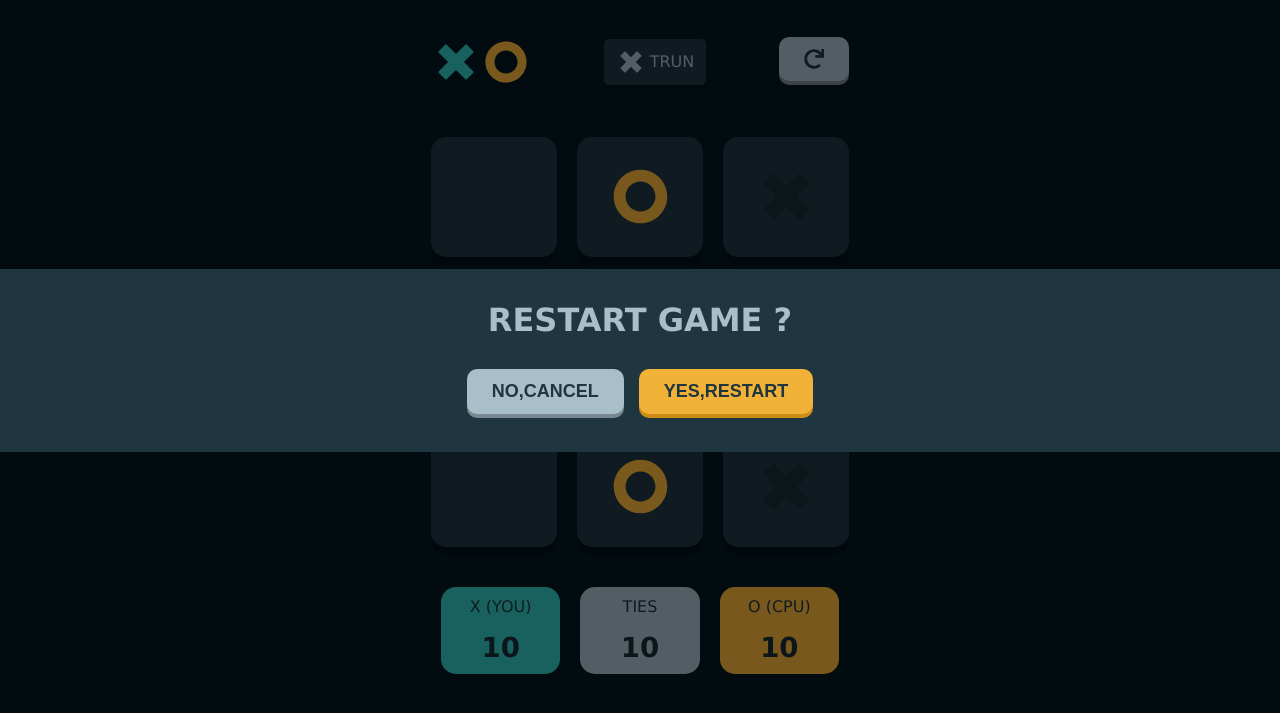
Repository: SD-Mdouka/XO_GAME
Page: /
These files come from the project's save history. The page is drawn as it stood at one moment and after the next save; the edit follows.
The browser window is 1280 px wide. The pictures show the whole page.
The project was rebuilt for these pictures with package versions that can differ from the ones it lists, and the page was loaded fresh each time. Also part of the build but not shown: src/component/modal/Win.js, src/component/start/Start.js.

Above is the page before, as saved 2022-08-30 10:22:14.

### src/index.js
import React from "react";
import ReactDOM from "react-dom/client";
import "./index.css";
import App from "./App";
import { ModalState } from "./component/context/ModalContext";

const root = ReactDOM.createRoot(document.getElementById("root"));
root.render(
  <React.StrictMode>
    <ModalState>
      <App />
    </ModalState>
  </React.StrictMode>
);

### src/index.css
* {
    padding: 0;
    margin: 0;
    box-sizing: border-box;
}

:root {
    --color-bg-dark: #192a33;
    --color-bg-light: #1f3640;
    --color-gray: #a8bec9;
    --color-gray-dark: #7a8991;
    --color-yellow: #f2b238;
    --color-yellow-dark: #cd8d16;
    --color-blue: #30c4be;
    --color-blue-dark: #128c89;
    --shadow-y: 6px;
}

html {
    font-family: "Lucida Sans", "Lucida Sans Regular", "Lucida Grande", "Lucida Sans Unicode", Geneva, Verdana, sans-serif;
    text-transform: uppercase;
    font-size: 16px;
}

body {
    background-color: var(--color-bg-dark);
    color: var(--color-gray);
}

.App {
    background-color: #021620;
    min-height: 100vh;
    display: flex;
    align-items: center;
    justify-content: center;
}

.container {
    max-width: 450px;
    width: 100%;
    margin-inline: auto;
    padding: 2rem 1rem;
}


/*utilites*/

.card {
    padding: 25px;
    display: flex;
    flex-direction: column;
    gap: 25px;
    border-radius: 15px;
    background-color: var(--color-bg-light);
    -webkit-border-radius: 15px;
    -moz-border-radius: 15px;
    -ms-border-radius: 15px;
    -o-border-radius: 15px;
    text-align: center;
}

.text-lg {
    font-size: 1.25rem;
}

.text-xl {
    font-size: 1.5rem;
}

.text-2xl {
    font-size: 1.725rem;
}

.text-light {
    color: var(--color-gray);
}

.text-blue {
    color: var(--color-blue);
}

.text-yellow {
    color: var(--color-yellow);
}

.bg-blue {
    background-color: var(--color-blue);
    color: var(--color-bg-dark);
}

.bg-yellow {
    background-color: var(--color-yellow);
    color: var(--color-bg-dark);
}

.bg-light {
    background-color: var(--color-gray);
    color: var(--color-bg-dark);
}

.bg-blue.text-light,
.bg-blue .text-light,
.bg-yellow.text-light,
.bg-yellow .text-light,
.bg-light .text-light,
.bg-light.text-light {
    color: var(--color-bg-light);
}

.btn {
    background-color: var(--color-gray);
    border: none;
    font-size: 1.125rem;
    font-weight: bold;
    padding: 12px 25px;
    text-transform: uppercase;
    cursor: pointer;
    border-radius: 10px;
    -webkit-border-radius: 10px;
    -moz-border-radius: 10px;
    -ms-border-radius: 10px;
    -o-border-radius: 10px;
    color: var(--color-bg-light);
    display: inline-block;
    box-shadow: 0 var(--shadow-y) 0 var(--color-gray-dark);
    margin-bottom: 6px;
    transition: all 0.2s;
    -webkit-transition: all 0.2s;
    -moz-transition: all 0.2s;
    -ms-transition: all 0.2s;
    -o-transition: all 0.2s;
}

.btn:hover {
    --shadow-y: 8px;
    transform: translateY(-2px);
    -webkit-transform: translateY(-2px);
    -moz-transform: translateY(-2px);
    -ms-transform: translateY(-2px);
    -o-transform: translateY(-2px);
}

.btn:active {
    --shadow-y: 4px;
    transform: translateY(2px);
    -webkit-transform: translateY(2px);
    -moz-transform: translateY(2px);
    -ms-transform: translateY(2px);
    -o-transform: translateY(2px);
}

.btn-yellow {
    background-color: var(--color-yellow);
    box-shadow: 0 var(--shadow-y) 0 var(--color-yellow-dark);
}

.btn-blue {
    background-color: var(--color-blue);
    box-shadow: 0 var(--shadow-y) 0 var(--color-blue-dark);
}

.btn-sm {
    --shadow-y: 4px;
}

.btn-sm:hover {
    --shadow-y: 6px;
}

.btn-sm:active {
    --shadow-y: 3px;
}

.shadow-gray {
    box-shadow: 0 8px 0 rgba(0, 0, 0, 0.2);
}

.shadow-blue {
    box-shadow: 0 8px 0 var(--color-blue-dark);
}

.shadow-yellow {
    box-shadow: 0 8px 0 var(--color-yellow-dark);
}


/* icons */

.icon {
    display: inline-block;
}

.icon svg {
    fill: var(--color-gray);
    height: 50px;
    width: 50px;
    vertical-align: middle;
}

.icon-sm svg {
    height: 30px;
    width: 30px;
}

.icon-lg svg {
    height: 65px;
    width: 65px;
}

.icon-yellow svg {
    fill: var(--color-yellow);
}

.icon-blue svg {
    fill: var(--color-blue);
}

.icon-dark svg {
    fill: var(--color-bg-dark);
}


/* Sarte */

.start {
    display: flex;
    flex-direction: column;
    gap: 25px;
}

.start__header {
    display: flex;
    align-items: center;
    justify-content: center;
}

.start__players {
    background-color: var(--color-bg-dark);
    padding: 10px;
    border-radius: 15px;
    -webkit-border-radius: 15px;
    -moz-border-radius: 15px;
    -ms-border-radius: 15px;
    -o-border-radius: 15px;
    display: flex;
    align-items: center;
    box-shadow: inset 0 0 8px rgba(0, 0, 0, 0.2);
}

.start__players span {
    width: 50%;
    display: flex;
    align-items: center;
    justify-content: center;
    padding: 15px 10px;
    border-radius: 10px;
    -webkit-border-radius: 10px;
    -moz-border-radius: 10px;
    -ms-border-radius: 10px;
    -o-border-radius: 10px;
    cursor: pointer;
}

.start__players--active {
    background-color: var(--color-gray);
    box-shadow: 0 0 8px rgba(255, 255, 255, 0.2);
}

.start__btns {
    display: flex;
    flex-direction: column;
    gap: 12px;
}


/* board */

.board__header {
    display: flex;
    justify-content: space-between;
    align-items: center;
    margin-bottom: 50px;
}

.board__turn {
    border-radius: 5px;
    background-color: var(--color-bg-light);
    -webkit-border-radius: 5px;
    -moz-border-radius: 5px;
    -ms-border-radius: 5px;
    -o-border-radius: 5px;
    padding: 8px 12px;
    align-items: center;
    display: flex;
    gap: 4px;
    box-shadow: 0 4px 0 rgba(0, 0, 0, 0.2);
}

.board__restart svg {
    height: 20px;
    display: flex;
    align-items: center;
    transform-origin: center;
    transition: all 0.3s;
    -webkit-transition: all 0.3s;
    -moz-transition: all 0.3s;
    -ms-transition: all 0.3s;
    -o-transition: all 0.3s;
}

.board__restart:active svg {
    transform: rotate(180deg);
    -webkit-transform: rotate(180deg);
    -moz-transform: rotate(180deg);
    -ms-transform: rotate(180deg);
    -o-transform: rotate(180deg);
}

.board__body {
    display: grid;
    grid-template-columns: repeat(3, 1fr);
    gap: 25px 20px;
}

.board__body .card {
    height: 120px;
    display: flex;
    align-items: center;
    justify-content: center;
    cursor: pointer;
    padding-inline: 10px;
}

.board__body .active.shadow-blue {
    background-color: var(--color-blue);
}

.board__body .active.shadow-yellow {
    background-color: var(--color-yellow);
}

.board__body .active.shadow-dark {
    background-color: var(--color-bg-dark);
}

.board__footer {
    margin-top: 30px;
    display: grid;
    grid-template-columns: repeat(3, 1fr);
    gap: 20px;
    padding: 10px;
}

.board__footer .card {
    gap: 15px;
    padding: 10px;
}


/*modal*/

.modal {
    position: fixed;
    top: 0;
    left: 0;
    width: 100vw;
    height: 100vh;
    z-index: 999;
    background-color: rgba(0, 0, 0, 0.5);
    display: flex;
    align-items: center;
}

.modal__content {
    width: 100%;
    background-color: var(--color-bg-light);
}


/*score*/

.score {
    text-align: center;
}

.score__title {
    font-size: 2rem;
    display: flex;
    align-items: center;
    justify-content: center;
    gap: 6px;
    margin: 30px 0;
}

.score__btns {
    display: flex;
    align-items: center;
    justify-content: center;
    gap: 15px;
}


/*restart*/

.restart {
    text-align: center;
}

.restart__title {
    font-size: 2rem;
    display: flex;
    align-items: center;
    justify-content: center;
    gap: 6px;
    margin-bottom: 30px;
}

.restart__btns {
    display: flex;
    align-items: center;
    justify-content: center;
    gap: 15px;
}

### src/App.js
import Board from "./component/board/Board";
import Modal from "./component/modal/Modal";
import Start from "./component/start/Start";

function App() {
  return (
    <div className="App">
      <div className="container">
        {/* <Start /> */}
        <Board />
      </div>
      <Modal />
    </div>
  );
}

export default App;

### src/component/context/ModalContext.js
import { createContext, useState } from "react";

const ModalContext = createContext();

const ModalState = (props) => {
  const [show, setShow] = useState(false);
  const showModal = () => setShow(true);
  const hideModal = () => setShow(false);

  return (
    <ModalContext.Provider value={{ show, showModal, hideModal }}>
      {props.children}
    </ModalContext.Provider>
  );
};
export { ModalContext, ModalState };

### src/component/board/Board.js
import React from "react";
import Xicons from "../icons/Xicons";
import Oicons from "../icons/Oicons";
import Refrsh from "../icons/Refrsh";
import BorardCard from "./BorardCard";

const Board = () => {
  const squars = [" ", "o", "x", " ", "o", "x", " ", "o", "x"];
  return (
    <div className="board">
      <div className="board__header">
        <div>
          <Xicons />
          <Oicons />
        </div>
        <div className="board__turn">
          <Xicons color={"ligth"} size="sm" /> trun
        </div>
        <div>
          <button className="btn btn-sm board__restart">
            <Refrsh />
          </button>
        </div>
      </div>
      <div className="board__body">
        {squars.map((sq, ix) => (
          <BorardCard key={ix} index={ix} user={sq} active={ix === 5} />
        ))}
      </div>
      <div className="board__footer">
        <div className="card bg-blue">
          <p className="text-light">x (you)</p>
          <strong className="text-2xl">10</strong>
        </div>
        <div className="card bg-light">
          <p className="text-light">ties</p>
          <strong className="text-2xl">10</strong>
        </div>
        <div className="card bg-yellow">
          <p className="text-light">o (cpu)</p>
          <strong className="text-2xl">10</strong>
        </div>
      </div>
    </div>
  );
};

export default Board;

### src/component/modal/Modal.js
import React from "react";
import Restart from "./Restart";
import Win from "./Win";

const Modal = () => {
  return (
    <div className="modal">
      <div className="modal__content">
        <div className="container">
          {/* <Win /> */}
          <Restart />
        </div>
      </div>
    </div>
  );
};

export default Modal;

### src/component/icons/Xicons.js
import React from "react";

const Xicon = ({ color, size }) => {
  return (
    <div
      className={`icon ${color ? "icon-" + color : "icon-blue"} ${
        size && "icon-" + size
      }`}
    >
      <svg
        version="1.1"
        id="Layer_1"
        x="0px"
        y="0px"
        width="100px"
        height="100px"
        viewBox="0 0 100 100"
      >
        <path
          d="M84.707,68.752L65.951,49.998l18.75-18.752c0.777-0.777,0.777-2.036,0-2.813L71.566,15.295
	c-0.777-0.777-2.037-0.777-2.814,0L49.999,34.047l-18.75-18.752c-0.746-0.747-2.067-0.747-2.814,0L15.297,28.431
	c-0.373,0.373-0.583,0.88-0.583,1.407c0,0.527,0.21,1.034,0.583,1.407L34.05,49.998L15.294,68.753
	c-0.373,0.374-0.583,0.88-0.583,1.407c0,0.528,0.21,1.035,0.583,1.407l13.136,13.137c0.373,0.373,0.881,0.583,1.41,0.583
	c0.525,0,1.031-0.21,1.404-0.583l18.755-18.755l18.756,18.754c0.389,0.388,0.896,0.583,1.407,0.583c0.511,0,1.019-0.195,1.408-0.583
	l13.138-13.137C85.484,70.789,85.484,69.53,84.707,68.752z"
        />
      </svg>
    </div>
  );
};

export default Xicon;

### src/component/icons/Oicons.js
import React from "react";

const Oicon = ({ color, size }) => {
  return (
    <div
      className={`icon ${color ? "icon-" + color : "icon-yellow"} ${
        size && "icon-" + size
      }`}
    >
      <svg
        version="1.1"
        id="Layer_1"
        x="0px"
        y="0px"
        viewBox="-169 -35 100 100"
      >
        <g>
          <path
            d="M-119,56.2c-22.7,0-41.2-18.5-41.2-41.2s18.5-41.2,41.2-41.2c22.7,0,41.2,18.5,41.2,41.2S-96.3,56.2-119,56.2z M-119-8
		c-12.7,0-23,10.3-23,23c0,12.7,10.3,23,23,23s23-10.3,23-23C-96,2.3-106.3-8-119-8z"
          />
        </g>
      </svg>
    </div>
  );
};

export default Oicon;

### src/component/icons/Refrsh.js
import React from "react";

const Refrsh = () => {
  return (
    <svg
      aria-hidden="true"
      focusable="false"
      data-prefix="fas"
      data-icon="redo"
      role="img"
      xmlns="http://www.w3.org/2000/svg"
      viewBox="0 0 512 512"
    >
      <path
        fill="currentColor"
        d="M500.33 0h-47.41a12 12 0 0 0-12 12.57l4 82.76A247.42 247.42 0 0 0 256 8C119.34 8 7.9 119.53 8 256.19 8.1 393.07 119.1 504 256 504a247.1 247.1 0 0 0 166.18-63.91 12 12 0 0 0 .48-17.43l-34-34a12 12 0 0 0-16.38-.55A176 176 0 1 1 402.1 157.8l-101.53-4.87a12 12 0 0 0-12.57 12v47.41a12 12 0 0 0 12 12h200.33a12 12 0 0 0 12-12V12a12 12 0 0 0-12-12z"
      ></path>
    </svg>
  );
};

export default Refrsh;

### src/component/board/BorardCard.js
import React from "react";
import Xicons from "../icons/Xicons";
import Oicons from "../icons/Oicons";

const BorardCard = ({ user = "nouser", active, index }) => {
  return (
    <div
      className={`card
      ${active && user === "x" && "shadow-blue"}
    ${active && user === "o" && "shadow-yellow"}
    ${!active ? "shadow-gray" : "active"}
    `}
    >
      {user === "x" && <Xicons color={"dark"} size="lg" />}
      {user === "o" && <Oicons size="lg" />}
    </div>
  );
};

export default BorardCard;

### src/component/modal/Restart.js
import React from "react";

const Restart = () => {
  return (
    <div className="restart">
      <h3 className="restart__title">Restart Game ?</h3>
      <div className="restart__btns">
        <button className="btn btn-sm">no,cancel</button>
        <button className="btn btn-sm btn-yellow">yes,restart</button>
      </div>
    </div>
  );
};

export default Restart;

Loaded but not shown: public/index.html (common file)

After the next save:
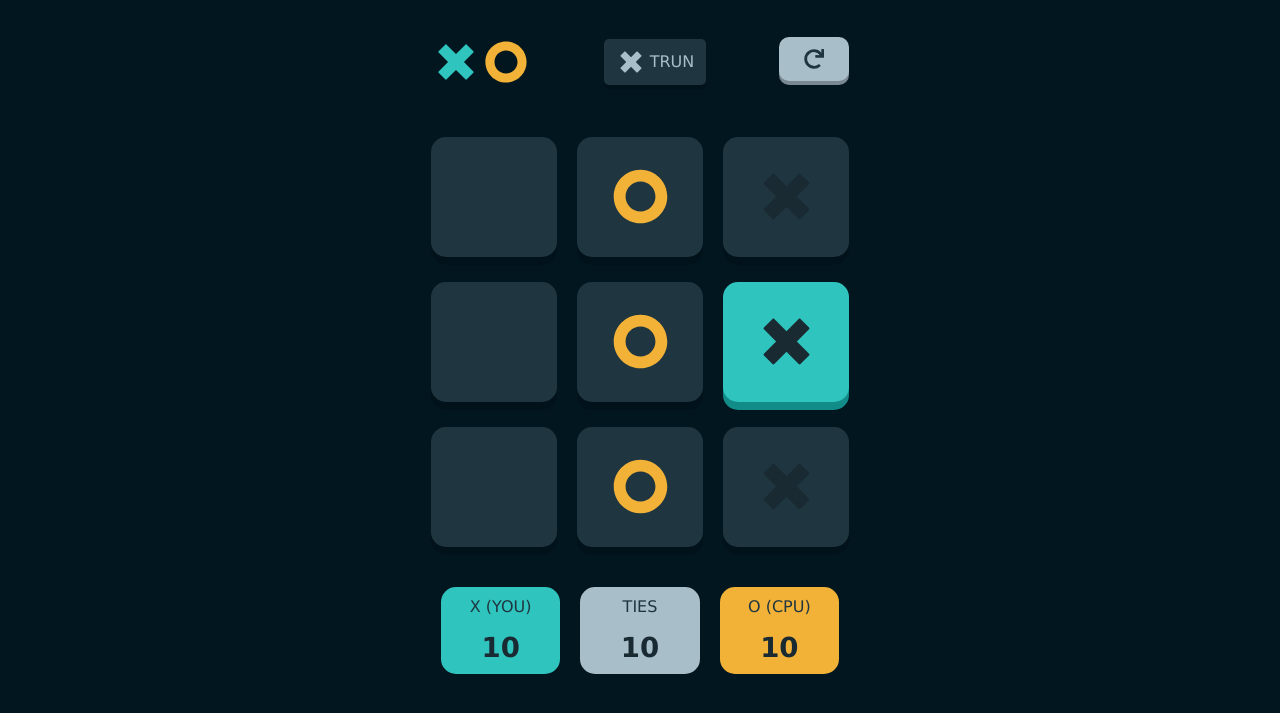
Saved 3 min 56 s later.
--- a/src/component/modal/Modal.js
+++ b/src/component/modal/Modal.js
@@ -1,17 +1,23 @@
-import React from "react";
+import React, { useContext } from "react";
+import { ModalContext } from "../context/ModalContext";
 import Restart from "./Restart";
 import Win from "./Win";
 
 const Modal = () => {
+  const { show, showModal } = useContext(ModalContext);
   return (
-    <div className="modal">
-      <div className="modal__content">
-        <div className="container">
-          {/* <Win /> */}
-          <Restart />
+    <>
+      {show && (
+        <div className="modal">
+          <div className="modal__content">
+            <div className="container">
+              {/* <Win /> */}
+              <Restart />
+            </div>
+          </div>
         </div>
-      </div>
-    </div>
+      )}
+    </>
   );
 };
 
